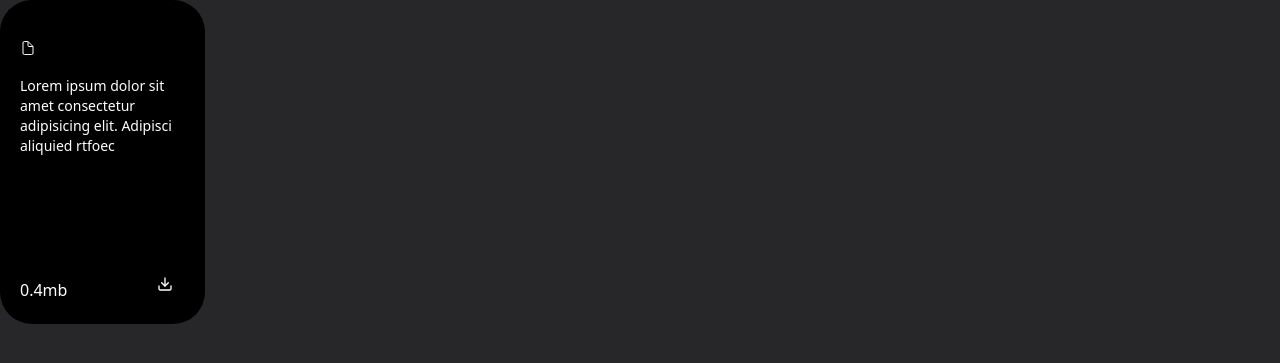
Repository: SharonSebastian32/dragable_cards
Page: /
An editor plug-in stored every save of this project. The page is shown before and after a run of saves, followed by the edit.
The browser window is 1280 px wide. The pictures show the whole page.
The project was rebuilt for these pictures with package versions that can differ from the ones it lists, and the page was loaded fresh each time. Also part of the build but not shown: vite.config.js.

Above is the page before, as saved 2024-08-21 10:24:40.

After the next 2 saves:
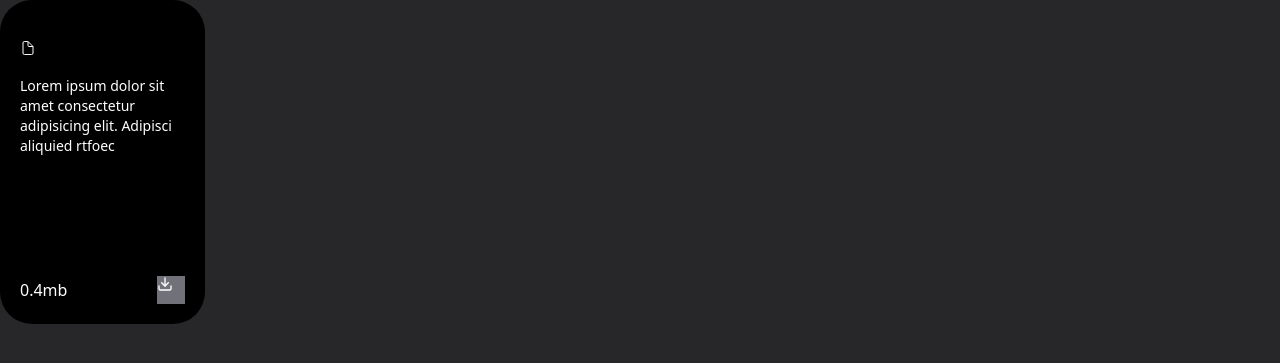
The 2 saves are shown as one change because they came seconds apart.
The last was saved 6 s later.
--- a/src/Components/Card.jsx
+++ b/src/Components/Card.jsx
@@ -12,7 +12,7 @@ const Card = () => {
       <div className="footer  absolute bottom-0 left-0 w-full h-15  ">
         <div className="flex items-center justify-between p-5">
           <h5>0.4mb</h5>
-          <span className="w-7 h-7 bg-">
+          <span className="w-7 h-7 bg-zinc-500 ">
             <FiDownload />
           </span>
         </div>
